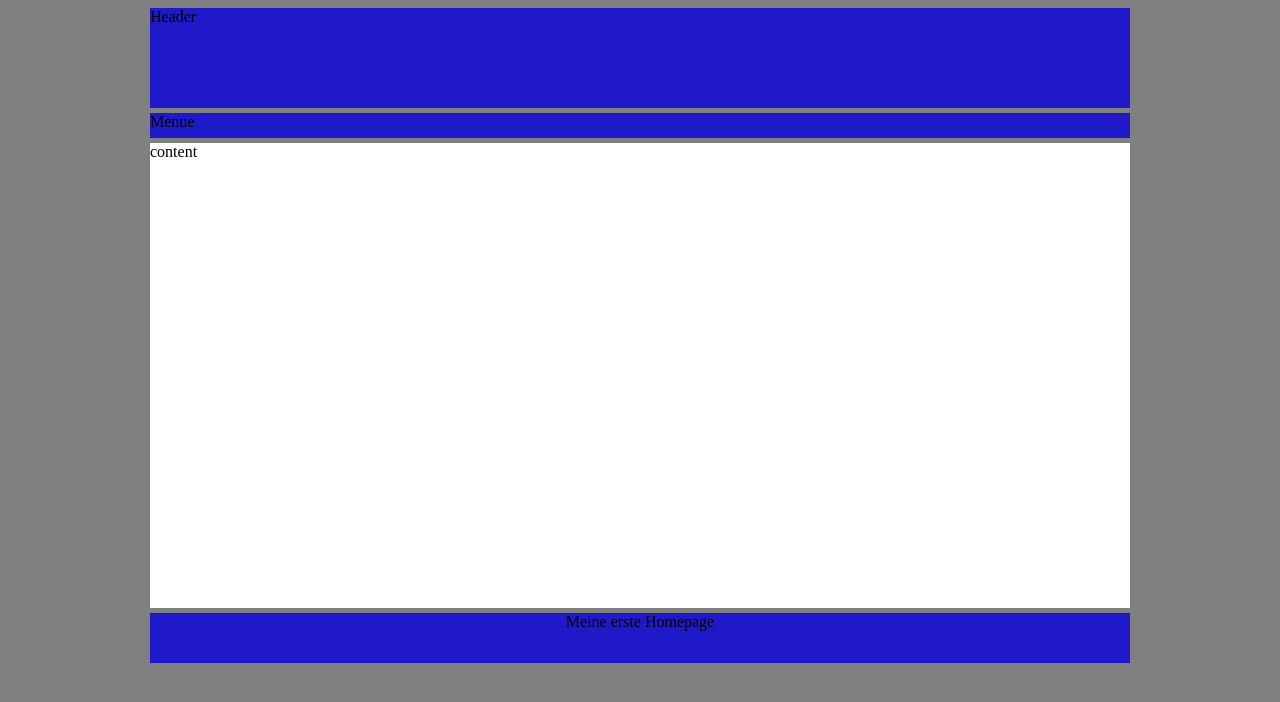
Repository: WebtechTeam7/RentMyStuff
Page: Code/Homepage_Test1/WebContent/META-INF/Index.html
An editor plug-in stored every save of this project. The page is shown before and after the next save, followed by the edit.
The browser window is 1280 px wide. The pictures show the whole page.

Above is the page before, as saved 2014-10-16 14:29:01.

After the next save:
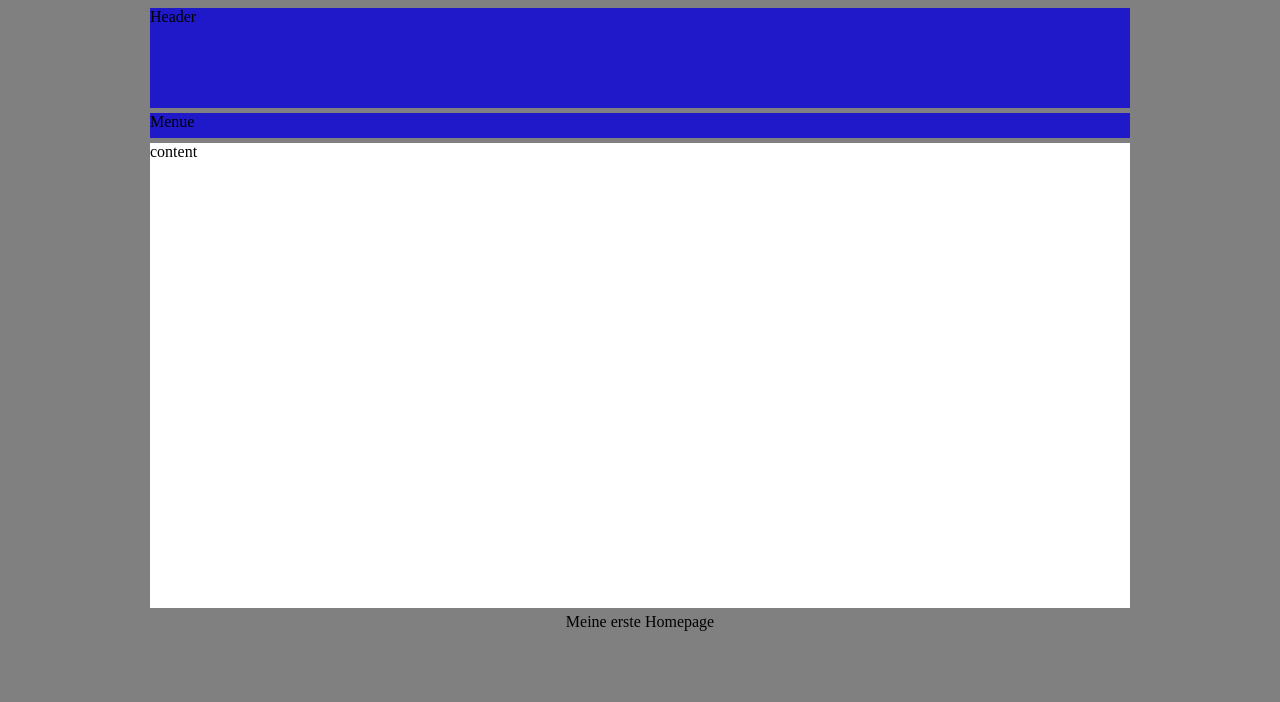
Saved 93 s later.
--- a/Code/Homepage_Test1/WebContent/META-INF/Mystyle.css
+++ b/Code/Homepage_Test1/WebContent/META-INF/Mystyle.css
@@ -32,7 +32,7 @@ body{
  #footer{
  width:980px;
  height:50px;
- background-color:#2019CA;
+ //background-color:#2019CA;
  margin-left:auto;
  margin-right:auto;
  margin-top: 5px;
